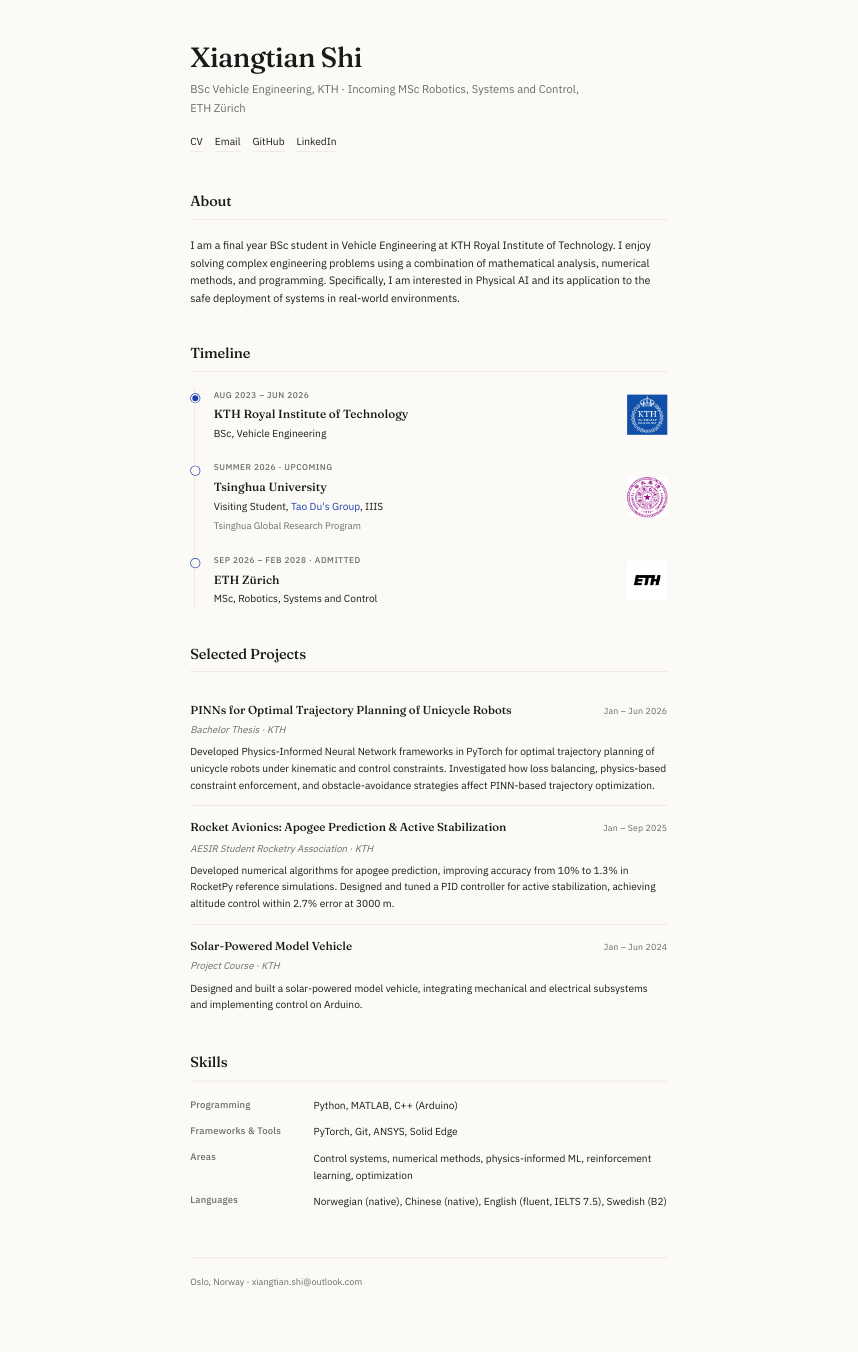
Repository: xitisch/xitisch.github.io
Page: index.html
These files come from the project's save history. The page is drawn as it stood at one moment and after the next save; the edit follows.
The browser window is 1280 px wide. The pictures show the whole page, at 67% of full size.

Above is the page before, as saved 2026-06-08 02:29:41.

### index.html
<!doctype html>
<html lang="en">
<head>
  <meta charset="UTF-8">
  <meta name="viewport" content="width=device-width, initial-scale=1.0">
  <link rel="stylesheet" href="style.css">
  <title>Xiangtian Shi</title>
</head>
<body>
  <div class="container">

    <header>
      <h1>Xiangtian Shi</h1>
      <p class="tagline">BSc Vehicle Engineering, KTH &middot; Incoming MSc Robotics, Systems and Control, ETH&nbsp;Zürich</p>
      <nav class="header-links">
        <a href="XiangtianShi_CV.pdf" target="_blank">CV</a>
        <a href="mailto:xiangtian.shi@outlook.com">Email</a>
        <a href="https://github.com/xitisch">GitHub</a>
        <a href="https://www.linkedin.com/in/xiangtian-shi-5ab47428b/">LinkedIn</a>
      </nav>
    </header>

    <section>
      <h2>About</h2>
      <p>
      I am a final year BSc student in Vehicle Engineering at KTH Royal Institute of Technology. I enjoy solving complex engineering problems using a combination of mathematical analysis, numerical methods, and programming. Specifically, I am interested in Physical AI and its application to the safe deployment of systems in real-world environments.
      </p>
    </section>

    <section>
      <h2>Timeline</h2>
      <div class="timeline">

        <div class="timeline-item">
          <div class="timeline-item-text">
            <div class="timeline-date">Aug 2023 &ndash; Jun 2026</div>
            <div class="timeline-title">KTH Royal Institute of Technology</div>
            <div class="timeline-meta">BSc, Vehicle Engineering</div>
          </div>
          <img class="timeline-logo" src="images/kth.jpg" alt="KTH logo">
        </div>

        <div class="timeline-item future">
          <div class="timeline-item-text">
            <div class="timeline-date">Summer 2026 &middot; Upcoming</div>
            <div class="timeline-title">Tsinghua University</div>
            <div class="timeline-meta">Visiting Student, <a href="https://people.iiis.tsinghua.edu.cn/~taodu/">Tao Du's Group</a>, IIIS</div>
            <div class="timeline-note">Tsinghua Global Research Program</div>
          </div>
          <img class="timeline-logo" src="images/thu.png" alt="THU logo">
        </div>

        <div class="timeline-item future">
          <div class="timeline-item-text">
            <div class="timeline-date">Sep 2026 &ndash; Feb 2028 &middot; Admitted</div>
            <div class="timeline-title">ETH Zürich</div>
            <div class="timeline-meta">MSc, Robotics, Systems and Control</div>
          </div>
          <img class="timeline-logo" src="images/eth.png" alt="ETH logo">
        </div>

      </div>
    </section>

    <section>
      <h2>Selected Projects</h2>

      <!--
      <article class="project">
        <div class="project-header">
          <h3 class="project-title">Reinforcement Learning for Soft Robot Control <span class="tag">Upcoming</span></h3>
          <div class="project-date">Jun &ndash; Aug 2026</div>
        </div>
        <div class="project-affiliation">Tao Du's Group, IIIS &middot; Tsinghua University</div>
        <p class="project-description">
          Extending a simulation framework to develop RL-based control of soft robotic systems in fluid environments, using lattice Boltzmann simulations.
        </p>
      </article>
      -->

      <article class="project">
        <div class="project-header">
          <h3 class="project-title">PINNs for Optimal Trajectory Planning of Unicycle Robots</h3>
          <div class="project-date">Jan &ndash; Jun 2026</div>
        </div>
        <div class="project-affiliation">Bachelor Thesis &middot; KTH</div>
        <p class="project-description">
          Developed Physics-Informed Neural Network frameworks in PyTorch for optimal trajectory planning of unicycle robots under kinematic and control constraints. Investigated how loss balancing, physics-based constraint enforcement, and obstacle-avoidance strategies affect PINN-based trajectory optimization.
        </p>
      </article>

      <article class="project">
        <div class="project-header">
          <h3 class="project-title">Rocket Avionics: Apogee Prediction &amp; Active Stabilization</h3>
          <div class="project-date">Jan &ndash; Sep 2025</div>
        </div>
        <div class="project-affiliation">AESIR Student Rocketry Association &middot; KTH</div>
        <p class="project-description">
          Developed numerical algorithms for apogee prediction, improving accuracy from 10% to 1.3% in RocketPy reference simulations. Designed and tuned a PID controller for active stabilization, achieving altitude control within 2.7% error at 3000&nbsp;m.
        </p>
      </article>

      <article class="project">
        <div class="project-header">
          <h3 class="project-title">Solar-Powered Model Vehicle</h3>
          <div class="project-date">Jan &ndash; Jun 2024</div>
        </div>
        <div class="project-affiliation">Project Course &middot; KTH</div>
        <p class="project-description">
          Designed and built a solar-powered model vehicle, integrating mechanical and electrical subsystems and implementing control on Arduino.
        </p>
      </article>

    </section>

    <section>
      <h2>Skills</h2>
      <dl class="skills-grid">
        <dt>Programming</dt>
        <dd>Python, MATLAB, C++ (Arduino)</dd>

        <dt>Frameworks &amp; Tools</dt>
        <dd>PyTorch, Git, ANSYS, Solid Edge</dd>

        <dt>Areas</dt>
        <dd>Control systems, numerical methods, physics-informed ML, reinforcement learning, optimization</dd>

        <dt>Languages</dt>
        <dd>Norwegian (native), Chinese (native), English (fluent, IELTS 7.5), Swedish (B2)</dd>
      </dl>
    </section>

    <!--
    <section>
      <h2>Beyond Engineering</h2>
      <p>
        Outside of work I play violin (10+ years, former regional competition winner) and table tennis (regional club), and spend as much time as possible hiking, skiing, and running &mdash; most recently the Stockholm Half Marathon 2025. From 2019 to 2022 I competed in Esports; my team won the PUBG Mobile Pro League Western Europe 2021 Spring Season among 16 professional teams.
      </p>
    </section>
    -->

    <footer>
      <p>Oslo, Norway &middot; <a href="mailto:xiangtian.shi@outlook.com">xiangtian.shi@outlook.com</a></p>
    </footer>

  </div>
</body>
</html>

### style.css
@import url('https://fonts.googleapis.com/css2?family=Fraunces:opsz,wght@9..144,400;9..144,500;9..144,600&family=IBM+Plex+Sans:wght@400;500;600&display=swap');

:root {
  --bg: #fbfaf6;
  --text: #1a1a1a;
  --text-muted: #6b6b6b;
  --border: #e7e3d7;
  --accent: #1e40af;
  --accent-soft: rgba(30, 64, 175, 0.08);
  --serif: 'Fraunces', Georgia, serif;
  --sans: 'IBM Plex Sans', -apple-system, BlinkMacSystemFont, sans-serif;
}

* { box-sizing: border-box; }

html { -webkit-text-size-adjust: 100%; }

body {
  font-family: var(--sans);
  background: var(--bg);
  color: var(--text);
  line-height: 1.65;
  margin: 0;
  font-size: 16px;
  -webkit-font-smoothing: antialiased;
  -moz-osx-font-smoothing: grayscale;
}

.container {
  max-width: 760px;
  margin: 0 auto;
  padding: 64px 24px 80px;
}

/* ---------- Typography ---------- */

h1 {
  font-family: var(--serif);
  font-weight: 500;
  font-size: 2.6rem;
  line-height: 1.05;
  margin: 0 0 0.3em;
  letter-spacing: -0.02em;
}

h2 {
  font-family: var(--serif);
  font-weight: 500;
  font-size: 1.35rem;
  margin: 0 0 1.1em;
  letter-spacing: -0.01em;
  padding-bottom: 0.4em;
  border-bottom: 1px solid var(--border);
}

h3 {
  margin: 0;
  font-weight: 500;
  font-size: 1rem;
}

p { margin: 0 0 1em; }

a {
  color: var(--accent);
  text-decoration: none;
  border-bottom: 1px solid transparent;
  transition: border-color 0.15s ease;
}

a:hover { border-bottom-color: var(--accent); }

/* ---------- Header ---------- */

header { margin-bottom: 56px; }

.tagline {
  color: var(--text-muted);
  font-size: 1.05rem;
  margin: 0 0 1.4em;
  max-width: 60ch;
}

.header-links {
  display: flex;
  flex-wrap: wrap;
  gap: 18px;
  font-size: 0.95rem;
}

.header-links a {
  color: var(--text);
  border-bottom: 1px solid var(--border);
  padding-bottom: 2px;
}

.header-links a:hover {
  border-bottom-color: var(--accent);
  color: var(--accent);
}

/* ---------- Sections ---------- */

section { margin-bottom: 52px; }

/* ---------- Timeline ---------- */

.timeline {
  position: relative;
  margin-left: 6px;
  padding-left: 28px;
  border-left: 1px solid var(--border);
}

.timeline-item {
  position: relative;
  margin-bottom: 28px;
  display: flex;
  align-items: center;
  gap: 24px;
}

.timeline-item-text {
  flex: 1 1 auto;
  min-width: 0;
}

.timeline-logo {
  width: 60px;
  height: 60px;
  object-fit: contain;
  flex-shrink: 0;
}

.timeline-item:last-child { margin-bottom: 0; }

.timeline-item::before {
  content: '';
  position: absolute;
  left: -34px;
  top: 9px;
  width: 9px;
  height: 9px;
  background: var(--accent);
  border-radius: 50%;
  border: 2px solid var(--bg);
  box-shadow: 0 0 0 1px var(--accent);
}

.timeline-item.future::before {
  background: var(--bg);
  box-shadow: 0 0 0 1px var(--accent);
}

.timeline-date {
  font-size: 0.78rem;
  color: var(--text-muted);
  font-weight: 500;
  letter-spacing: 0.06em;
  text-transform: uppercase;
  margin-bottom: 4px;
}

.timeline-title {
  font-family: var(--serif);
  font-size: 1.1rem;
  font-weight: 500;
  margin-bottom: 2px;
}

.timeline-meta {
  color: var(--text);
  font-size: 0.95rem;
}

.timeline-note {
  margin-top: 6px;
  font-size: 0.88rem;
  color: var(--text-muted);
}

/* ---------- Projects / Experience entries ---------- */

.project {
  padding: 18px 0;
  border-bottom: 1px solid var(--border);
}

.project:first-child { padding-top: 4px; }
.project:last-child { border-bottom: none; padding-bottom: 4px; }

.project-header {
  display: flex;
  justify-content: space-between;
  align-items: baseline;
  gap: 16px;
  margin-bottom: 4px;
  flex-wrap: wrap;
}

.project-title {
  font-family: var(--serif);
  font-size: 1.08rem;
  font-weight: 500;
  flex: 1 1 auto;
  min-width: 0;
}

.project-date {
  font-size: 0.82rem;
  color: var(--text-muted);
  white-space: nowrap;
  letter-spacing: 0.02em;
}

.project-affiliation {
  color: var(--text-muted);
  font-size: 0.9rem;
  margin-bottom: 8px;
  font-style: italic;
}

.project-description {
  margin: 0;
  font-size: 0.95rem;
}

.tag {
  display: inline-block;
  font-family: var(--sans);
  font-size: 0.68rem;
  padding: 2px 8px;
  background: var(--accent-soft);
  color: var(--accent);
  border-radius: 3px;
  margin-left: 8px;
  font-weight: 500;
  letter-spacing: 0.08em;
  text-transform: uppercase;
  vertical-align: middle;
  font-style: normal;
}

/* ---------- Skills ---------- */

.skills-grid {
  display: grid;
  grid-template-columns: 160px 1fr;
  gap: 14px 24px;
  margin: 0;
}

.skills-grid dt {
  font-weight: 500;
  color: var(--text-muted);
  font-size: 0.88rem;
  letter-spacing: 0.02em;
}

.skills-grid dd {
  margin: 0;
  font-size: 0.95rem;
}

/* ---------- Footer ---------- */

footer {
  margin-top: 72px;
  padding-top: 24px;
  border-top: 1px solid var(--border);
  font-size: 0.85rem;
  color: var(--text-muted);
}

footer a { color: var(--text-muted); }
footer a:hover { color: var(--accent); }

/* ---------- Responsive ---------- */

@media (max-width: 600px) {
  .container { padding: 40px 20px 60px; }
  h1 { font-size: 2.05rem; }
  h2 { font-size: 1.2rem; }

  .skills-grid {
    grid-template-columns: 1fr;
    gap: 2px 0;
  }
  .skills-grid dt { margin-top: 10px; }
  .skills-grid dt:first-child { margin-top: 0; }

  .project-header {
    flex-direction: column;
    align-items: flex-start;
    gap: 2px;
  }
  .project-date { font-size: 0.78rem; }

  .timeline { padding-left: 22px; }
  .timeline-item::before { left: -28px; }
  .timeline-item { gap: 16px; }
  .timeline-logo { width: 48px; height: 48px; }
}

After the next save:
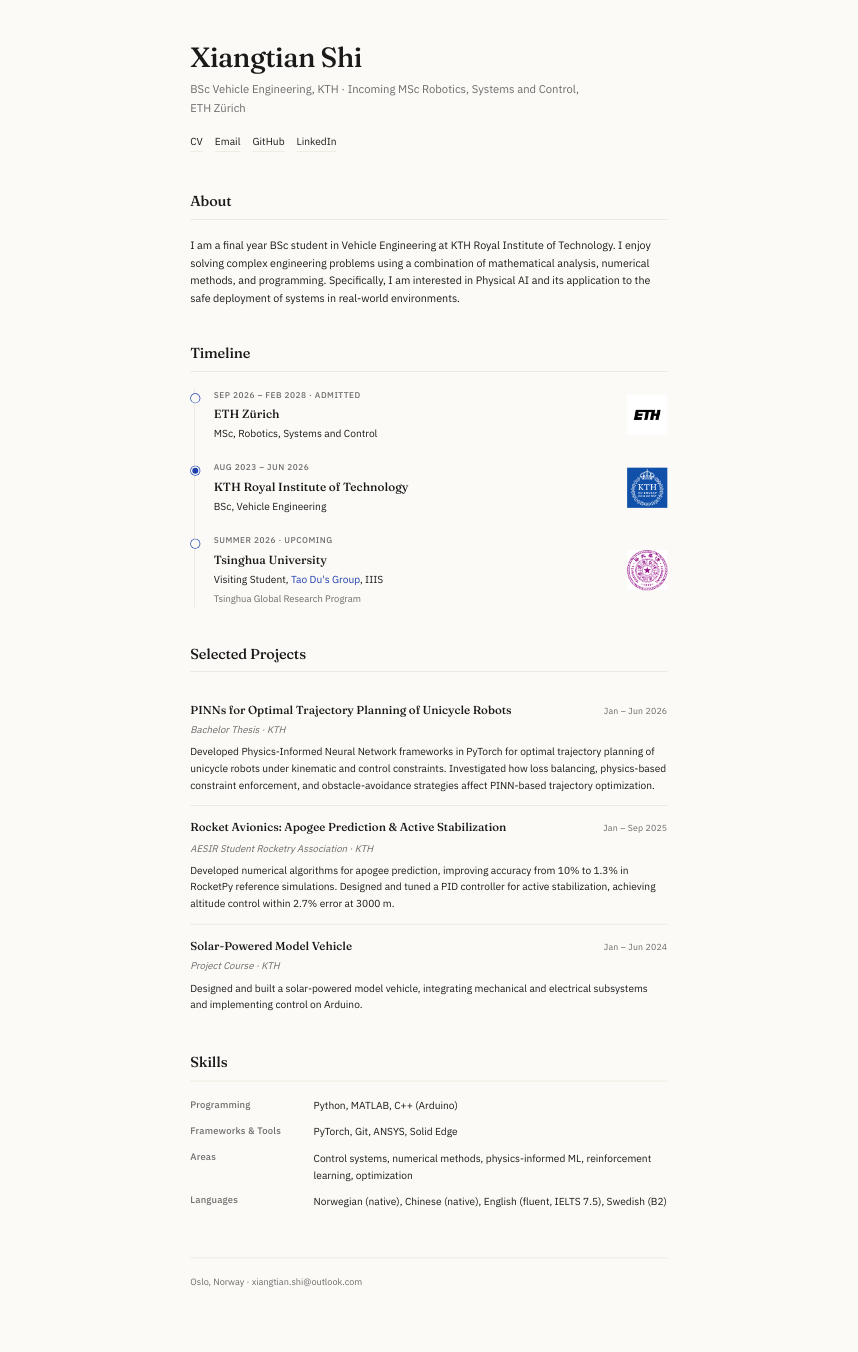
Saved 23 s later.
--- a/index.html
+++ b/index.html
@@ -31,6 +31,15 @@
       <h2>Timeline</h2>
       <div class="timeline">
 
+        <div class="timeline-item future">
+          <div class="timeline-item-text">
+            <div class="timeline-date">Sep 2026 &ndash; Feb 2028 &middot; Admitted</div>
+            <div class="timeline-title">ETH Zürich</div>
+            <div class="timeline-meta">MSc, Robotics, Systems and Control</div>
+          </div>
+          <img class="timeline-logo" src="images/eth.png" alt="ETH logo">
+        </div>
+
         <div class="timeline-item">
           <div class="timeline-item-text">
             <div class="timeline-date">Aug 2023 &ndash; Jun 2026</div>
@@ -50,14 +59,7 @@
           <img class="timeline-logo" src="images/thu.png" alt="THU logo">
         </div>
 
-        <div class="timeline-item future">
-          <div class="timeline-item-text">
-            <div class="timeline-date">Sep 2026 &ndash; Feb 2028 &middot; Admitted</div>
-            <div class="timeline-title">ETH Zürich</div>
-            <div class="timeline-meta">MSc, Robotics, Systems and Control</div>
-          </div>
-          <img class="timeline-logo" src="images/eth.png" alt="ETH logo">
-        </div>
+
 
       </div>
     </section>
